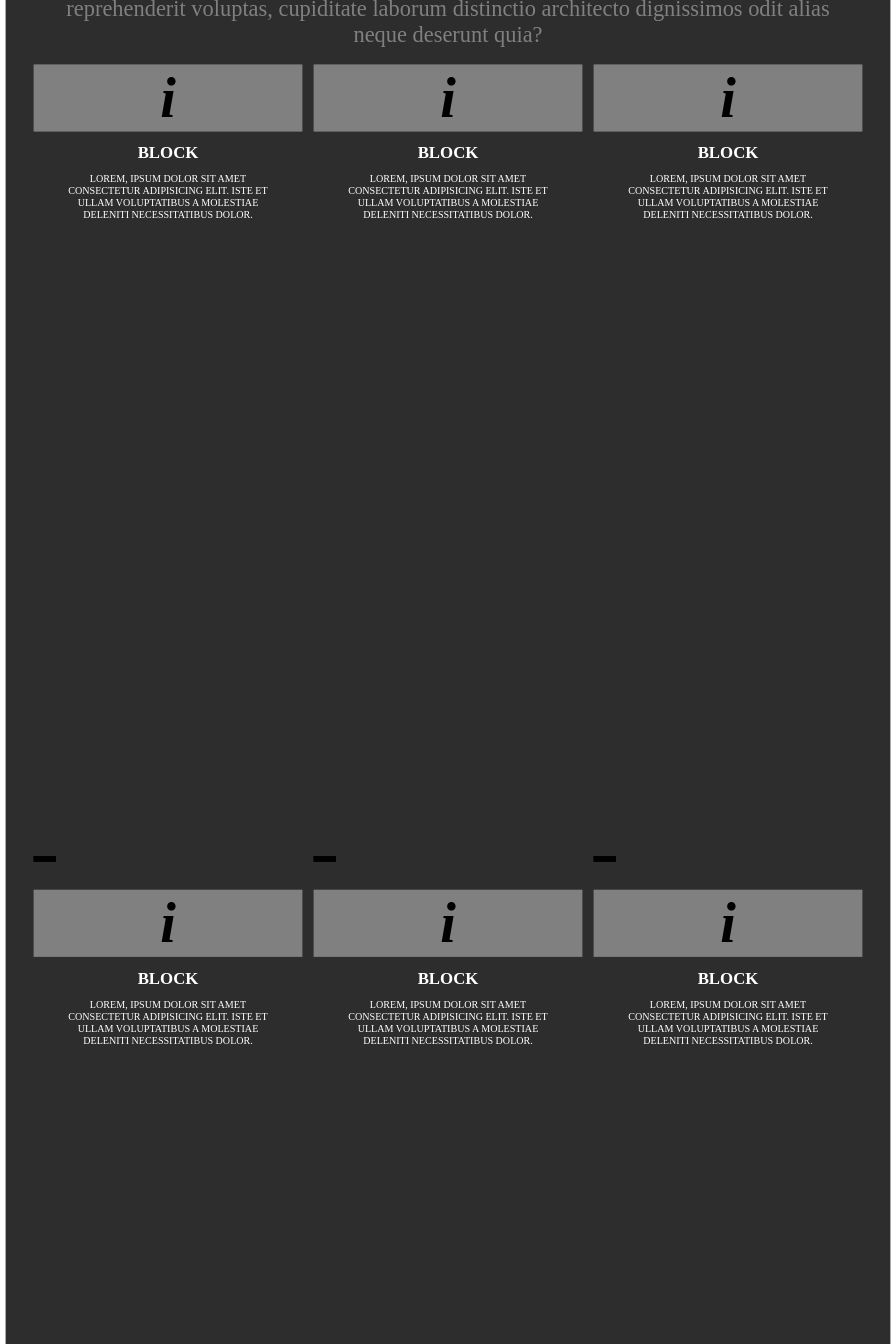
Repository: MohmdMHR/limesharp-test
Page: /
An editor plug-in stored every save of this project. The page is shown before and after the next save, followed by the edit.
The browser window is 1280 px wide. The pictures show the part of the page from y = 430 to 2350 px (the page is 4300 px tall), at 70% of full size.
The project was rebuilt for these pictures with package versions that can differ from the ones it lists, and the page was loaded fresh each time. Also part of the build but not shown: vue.config.js.

Above is the page before, as saved 2022-07-20 17:52:06.

### src/main.js
import Vue from "vue";
import Main from "./Main.vue";

Vue.config.productionTip = false;

new Vue({
  render: (h) => h(Main),
}).$mount("#app");

### src/Main.vue
<template>
  <div class="main container">
    <h1 class="main-title">Experienced & multi-talented</h1>
    <hr class="spacer" />
    <div class="main-content">
      Lorem ipsum dolor sit amet consectetur adipisicing elit. Sequi autem
      facere beatae atque reprehenderit voluptas, cupiditate laborum distinctio
      architecto dignissimos odit alias neque deserunt quia?
    </div>
    <div class="cards-container">
      <card
        v-for="(card, index) in numberOfCards"
        :key="index"
        title="block"
      ></card>
    </div>
  </div>
</template>

<script>
import Card from "./components/card.vue";

export default {
  name: "App",
  components: {
    Card,
  },
  data() {
    return {
      numberOfCards: 8,
    };
  },
};
</script>

<style lang="scss" scoped>
.main {
  padding: 15rem 2rem;
  background-color: rgb(46, 45, 45);
}
.main-title {
  color: white;
  text-align: center;
  font-size: 3rem;
}
.spacer {
  border-top: 3px solid white;
  width: 5rem;
}
.main-content {
  color: gray;
  text-align: center;
  margin: 1rem 2rem;
  font-size: 2rem;
}
.cards-container {
  display: grid;
  grid-template-columns: repeat(auto-fit, 25rem);
  justify-content: center;
}
</style>

### src/components/card.vue
<template>
  <div class="card container">
    <div class="card-banner-img">i</div>
    <div class="card-content">
      <h1 class="card-content-title">{{ title }}</h1>
      <p class="card-content-text" :class="{ collapsed: collapsed }">
        Lorem, ipsum dolor sit amet consectetur adipisicing elit. Iste et ullam
        voluptatibus a molestiae deleniti necessitatibus dolor.
      </p>
    </div>

    <div
      class="card-btn"
      :class="{ toggled: collapsed }"
      @click="collapse()"
    ></div>
  </div>
</template>

<script>
export default {
  name: "SingleCard",
  data() {
    return {
      collapsed: false,
    };
  },
  props: {
    title: {
      type: String,
      Default: "Block",
    },
  },
  methods: {
    collapse() {
      this.collapsed = !this.collapsed;
    },
  },
};
</script>

<style lang="scss" scoped>
.card {
  border-radius: 0.5rem;
  position: relative;
  margin: 0.5rem;
}
.card-banner-img {
  overflow: hidden;
  background-color: gray;
  justify-content: center;
  display: flex;
  align-items: center;
  height: 6rem;
  font-weight: bold;
  font-style: italic;
  font-size: 5rem;
}
.card-content-title {
  color: white;
  text-transform: uppercase;
  text-align: center;

  font-size: 1.5rem;
}
.card-content-text {
  color: white;
  text-transform: uppercase;
  text-align: center;
  height: 60rem;
  margin: 1rem 2rem;
  font-size: 0.9rem;
  &.collapsed {
    height: 100%;

    position: absolute;
    z-index: 1;
  }
}
.card-btn {
  cursor: pointer;
  height: 2rem;
  position: relative;
  width: 2rem;
  &:before,
  &:after {
    background: black;
    content: "";
    height: 0.5rem;
    left: 0;
    position: absolute;
    top: 0;
    width: 2rem;
    transition: transform 500ms ease;
  }
  &:after {
    transform-origin: center;
  }
  &.toggled {
    &:after {
      transform: rotate(90deg);
    }
    &:before {
      transform: rotate(180deg);
    }
  }
}
</style>

Loaded but not shown: public/index.html (common file)

After the next save:
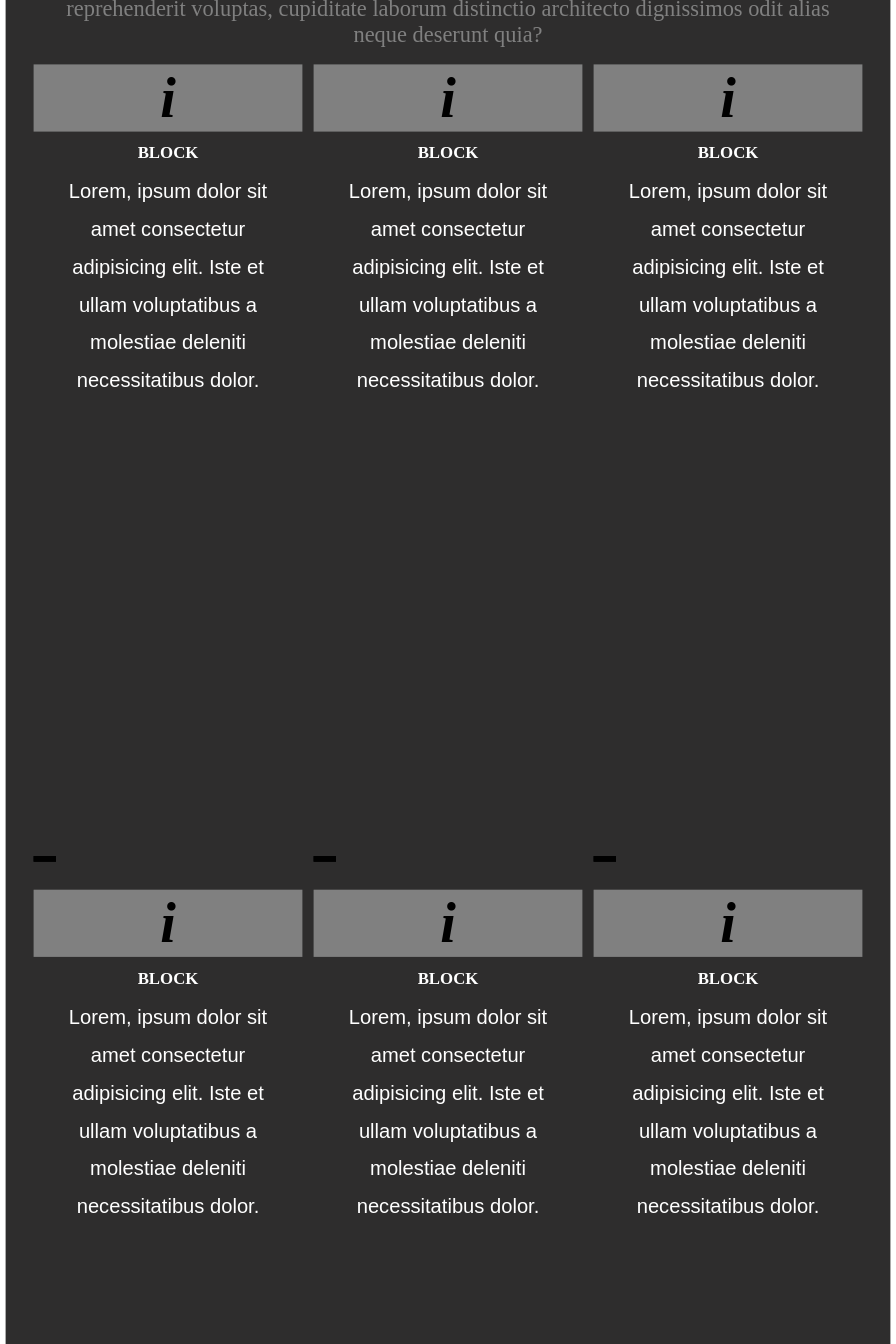
Saved 5 min 41 s later.
--- a/src/components/card.vue
+++ b/src/components/card.vue
@@ -65,11 +65,14 @@ export default {
 }
 .card-content-text {
   color: white;
-  text-transform: uppercase;
   text-align: center;
   height: 60rem;
   margin: 1rem 2rem;
-  font-size: 0.9rem;
+  font-family: "proxima-nova", sans-serif;
+  font-size: 18px;
+  font-size: 1.8rem;
+  font-weight: 300;
+  line-height: 1.875;
   &.collapsed {
     height: 100%;
 
